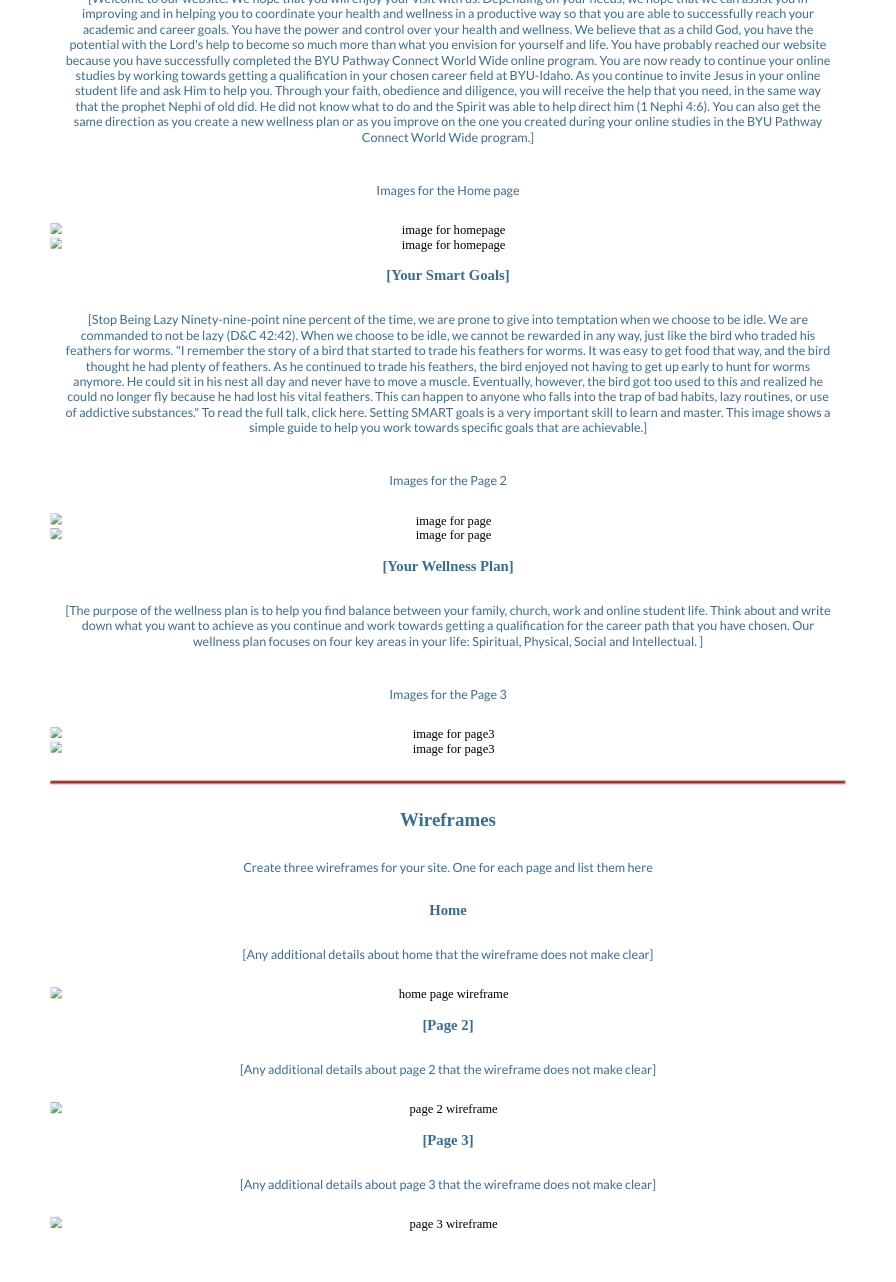
Repository: mszakutumela/wdd130
Page: wellness_plan/site-plan.html
These files come from the project's save history. The page is drawn as it stood at one moment and after the next save; the edit follows.
The browser window is 1280 px wide. The pictures show the part of the page from y = 2825 to 4745 px (the page is 4657 px tall before and 4745 px after), at 70% of full size.
Some web fonts or font styles are not loaded; a fallback is used.

Above is the page before, as saved 2023-07-14 22:40:20.

### wellness_plan/site-plan.html

<!DOCTYPE html>
<html lang="en-us">

  <head>
    <meta charset="utf-8">
    <title>Site Plan</title>
    <link type="text/css" rel="stylesheet" href="styles/site-plan.css">
  </head>

  <body>
    <header>
      <h1>[Wellness Plan] Site Plan</h1>
      <h2>Ayanda Ndlovu</h2>
      <h2>WDD 130-[W07-W08]</h2>
      <!-- In the header above, add the name or your site, your name and class number. For example if you are in section 3 you would put WDD 130.03 -->
    </header>
    <main>

      <!-- ------------------------Steps 2-3------------------------------ -->
      <hr>
      <h2>Overview</h2>
      <h3>Purpose</h3>
      <p>[The purpose of this website is to educate BYU Pathway World Wide online students around the world about a "Wellness Plan". For them <br>
        to know what it is and how it can help them. We know that furthering one's studies is not easy and it can <br>
        be very challenging. We are here help you create your own Wellness Plan for your academic and career success.]</p>  <!-- change this -->


      <h3>Audience</h3>
      <p>[BYU Pathway World Wide online students around the world who are studying to get a qualification for their chosen career path.]</p>  <!-- change this -->

      <hr>
      <h2>Branding</h2>
      <h3>Website Logo</h3>
      <!-- Replace this with some sort of logo for your site.  A logo can be as simple as the name of your site in a nice font :) -->
      <img src="images/logo 1.png" alt="Logo image">
      <hr>
      <h2>
        Style Guide
      </h2>

      <!-- ------------------------Steps 4-8------------------------------ -->

      <h3>
        Color Palette
      </h3>
      <!--  The colors you choose for a website are one of the most important decisions you will make. Follow the instructions on the activity in iLearn then return and replace the color codes below with the hex color codes (the 6 digit numbers that show at the bottom of each color) for the colors you have chosen below.  You should have at least 2 colors but do not have to fill in all 4 if you do not need them.  -->

      <!-- Copy and paste the URL to your finished palette below Make sure to paste it into both spots -->
      Palette URL: <a href="https://coolors.co/396e94-e7c24f-a43312-381d2a-aabd8c" target="_blank">https://coolors.co/396e94-e7c24f-a43312-381d2a-aabd8c</a>


      <table class="colors">
        <tr><th>Primary</th><th>Secondary</th><th>Accent 1</th><th>Accent 2</th></tr>
        <!-- Replace the numbers in the boxes below with your hex color codes. Then switch to the site-plan.css file and change your colors there as well. -->
        <tr><td class="primary">[#327570]</td><td class="secondary">[#b4f7f1]</td><td class="accent1">[#69f5ea]</td><td class="accent2">[#53c2b0]</td></tr>
      </table>

      <!-- ------------------------Step 9------------------------------ -->

      <h3>
        Typography
      </h3>
      <!-- Choose a font for your paragraphs (body copy) and headlines. What font(s) have you chosen? Why did you choose what you did?  Make sure to review the list of web safe fonts at W3Schools.org as a starting point.  Think also about which of your colors above you might use for background and font colors. -->

      <h4>
        Heading Font: [Arial]  <!-- change this -->
      </h4>
      <h4>
        Paragraph Font: [Tahoma]  <!-- change this -->
      </h4>
      <h3>
        Normal paragraph example
      </h3>
      <p>
        Lorem ipsum dolor sit amet, consectetur adipiscing elit, sed do eiusmod tempor incididunt ut labore et dolore magna aliqua. Ut enim ad minim veniam, quis nostrud exercitation ullamco laboris nisi ut aliquip ex ea commodo consequat. Duis aute irure dolor in reprehenderit in voluptate velit esse cillum dolore eu fugiat nulla pariatur. Excepteur sint occaecat cupidatat non proident, sunt in culpa qui officia deserunt mollit anim id est laborum.
      </p>
      <h3>
        Colored paragraph example
      </h3>
      <p class="colored">
        Lorem ipsum dolor sit amet, consectetur adipiscing elit, sed do eiusmod tempor incididunt ut labore et dolore magna aliqua. Ut enim ad minim veniam, quis nostrud exercitation ullamco laboris nisi ut aliquip ex ea commodo consequat.
      </p>

      <!-- ------------------------Step 10------------------------------ -->

      <h3>
        Navigation
      </h3>
      <!-- Think about how you want your navigation bar to look. In the site-plan.css file change the colors to your colors to get the look you desire. -->
      <nav>
        <a href="#">Home</a>
        <a href="#">Your Smart Goals </a>
        <a href="#">Your Wellness Plan</a>
      </nav>
      <hr>
      <h2>
        Site Map
      </h2>
      <div class="sitemap">
        <div class="sm-home">
          Home
        </div>
        <div class="sm-page2">
          [Your Smart Goals] <!-- change this -->
        </div>
        <div class="sm-page3">
          [Your Wellness Plan]  <!-- change this -->
        </div>

        <div class="top">
          &nbsp;
        </div>
        <div class="left">
          &nbsp;
        </div>
        <div class="right">
          &nbsp;
        </div>

      </div>

      <!-- --------Content Section -------------- -->
      <hr>
      <h2>
        Content
      </h2>
      <h3>Home page</h3>
      <p>
        [Welcome to our website. We hope that you will enjoy your visit with us.
        Depending on your needs, we hope that we can assist you in improving and
        in helping you to coordinate your health and wellness in a productive way
        so that you are able to successfully reach your academic and career goals.
        You have the power and control over your health and wellness. We believe
        that as a child God, you have the potential with the Lord's help to become
        so much more than what you envision for yourself and life.
        You have probably reached our website because you have successfully completed
        the BYU Pathway Connect World Wide online program. You are now ready to continue
        your online studies by working towards getting a qualification in your chosen career
        field at BYU-Idaho.
        As you continue to invite Jesus in your online student life and ask Him to help you.
        Through your faith, obedience and diligence, you will receive the help that you need,
        in the same way that the prophet Nephi of old did. He did not know what to do and the
        Spirit was able to help direct him (1 Nephi 4:6). You can also get the same direction
        as you create a new wellness plan or as you improve on the one you created during your
        online studies in the BYU Pathway Connect World Wide program.]
      </p>
      <p>Images for the Home page</p>
        <img src="#" alt="image for homepage">
        <img src="#" alt="image for homepage">

      </ul>
      <h3>[Your Smart Goals]</h3>
      <p>
        [Stop Being Lazy
        Ninety-nine-point nine percent of the time, we are prone to give into temptation when we choose
        to be idle. We are commanded to not be lazy (D&C 42:42). When we choose to be idle, we cannot be
        rewarded in any way, just like the bird who traded his feathers for worms.
        "I remember the story of a bird that started to trade his feathers for worms. It was easy to get
        food that way, and the bird thought he had plenty of feathers. As he continued to trade his feathers,
        the bird enjoyed not having to get up early to hunt for worms anymore. He could sit in his nest all day
        and never have to move a muscle. Eventually, however, the bird got too used to this and realized he could
        no longer fly because he had lost his vital feathers. This can happen to anyone who falls into the trap of
        bad habits, lazy routines, or use of addictive substances."
        To read the full talk, click here.
        Setting SMART goals is a very important skill to learn and master. This image shows a simple guide to help
        you work towards specific goals that are achievable.]
      </p>
      <p>Images for the Page 2</p>
        <img src="#" alt="image for page">
        <img src="#" alt="image for page">

      </ul>
      <h3>[Your Wellness Plan]</h3>
      <p>
        [The purpose of the wellness plan is to help you find balance between your family, church, work and
        online student life. Think about and write down what you want to achieve as you continue and work towards
        getting a qualification for the career path that you have chosen. Our wellness plan focuses on four key
        areas in your life: Spiritual, Physical, Social and Intellectual.
        ]
      </p>
      <p>Images for the Page 3</p>
        <img src="#" alt="image for page3">
        <img src="#" alt="image for page3">

      </ul>
      <hr>
      <h2>
        Wireframes
      </h2>
      <p>
        Create three wireframes for your site. One for each page and list them here</p>

      <h3>Home</h3>
      <p>
        [Any additional details about home that the wireframe does not make clear]
      </p>
      <img src="#" alt="home page wireframe">

      <h3>[Page 2]</h3>
      <p>
        [Any additional details about page 2 that the wireframe does not make clear]
      </p>
      <img src="#" alt="page 2 wireframe">

      <h3>[Page 3]</h3>
      <p>
        [Any additional details about page 3 that the wireframe does not make clear]
      </p>
      <img src="#" alt="page 3 wireframe">
    </main>
  </body>

</html>

### wellness_plan/styles/site-plan.css
/* if you are using any Google fonts change the font names below to your fonts.
Any spaces in your font name should be replaced with a +.
Fonts are separated by a | */
@import url('https://fonts.googleapis.com/css?family=IM+Fell+French+Canon+SC|Lato');

:root {
  /* change the values below to your colors from your palette */
  --primary-color: #396E94   ;
  --secondary-color: #E7C24F ;
  --accent1-color: #A42212;
  --accent2-color: white;

  /* change the values below to your chosen font(s) */
  --heading-font: "IM Fell French Canon SC";
  --paragraph-font: Lato, Helvetica, sans-serif;

  /* these colors below should be chosen from among your palette colors above */
  --headline-color-on-white: #396E94;  /* headlines on a white background */
  --headline-color-on-color: white; /* headlines on a colored background */
  --paragraph-color-on-white: #396E94; /* paragraph text on a white background */
  --paragraph-color-on-color: white; /* paragraph text on a colored background */
  --paragraph-background-color: #396E94  ;
  --nav-link-color: #396E94;
  --nav-background-color: #D4AC0D;
  --nav-hover-link-color: white;
  --nav-hover-background-color: #396E94;
}


/*  Look around below...but DON'T CHANGE ANYTHING! */

body {
  max-width: 1200px;
  margin: 0 auto;
  padding: 4em;
  font-size: 18px;
  text-align: center;
}
img {
  display: block;
  margin: 0 auto;
}
h1, h2, h3, h4, h5, h6 {
  font-family: var(--heading-font);
  color: var(--headline-color-on-white);
}
h2 {
  text-align: center;
}
hr {
  height: 3px;
  margin: 35px 0;
  background: var(--accent1-color);
}
header {
  padding: 1em;
  text-align: center;
  color: var(--headline-color-on-color);
  background-color: var(--paragraph-background-color);
}
header > h1, header > h2 {
  color: var(--headline-color-on-color);
}

p {
  font-family: var(--paragraph-font);
  color: var(--paragraph-color-on-white);
  padding: 1em;
}
.colors {
  width: 100%;
  min-width: 350px;
  margin: 30px auto;
  text-align: center;
}
.colors th {
  background-color: #999;
}
.colors td{
  width: 25%;
  height: 3em;
}

.primary {
  background-color: #327570;
}
.secondary {
  background-color: #b4f7f1;
}
.accent1 {
  background-color: #69f5ea;
}
.accent2{
  background-color: var(#53c2b9);
}

p.colored {
  background-color: var(--paragraph-background-color);
  color: var(--paragraph-color-on-color);
}

nav {
  background-color: var(--nav-background-color);
  line-height: 3em;
  text-align: center;
  font-size: 1.2em;
}
nav  {
  list-style-type: none;
  display: flex;

}
nav a {
  padding:1em;
  min-width: 120px;
  text-decoration: none;
  padding: 10px;

}
nav a:link, nav a:visited {
  color: var(--nav-link-color);
}
nav a:hover {
  color: var(--nav-hover-link-color);
  background-color: var(--nav-hover-background-color);
}

.sitemap {
  display: grid;
  justify-content: center;

  grid-template-columns: repeat(6, 15%);
  grid-template-rows: 3em 1.5em 1.5em 3em;
  grid-template-areas: ". . home home . ."
    ". . . top . ."
    ". left left right right ."
    "page2 page2 . . page3 page3";
}
.sitemap > div {

  text-align: center;

}
.sm-home {
  grid-area: home;
  background-color: #ccc;
  line-height: 3em;
}
.sm-page2 {
  grid-area: page2;
  background-color: #ccc;
  line-height: 3em;
}
.sm-page3 {
  grid-area: page3;
  background-color: #ccc;
  line-height: 3em;
}

.top {
  grid-area: top;
  border-left: 1px solid;
}

.left {
  grid-area: left;
  border-top: 1px solid;
  border-left: 1px solid;
}

.right {
  grid-area: right;
  border-top: 1px solid;
  border-right: 1px solid;
}

After the next save:
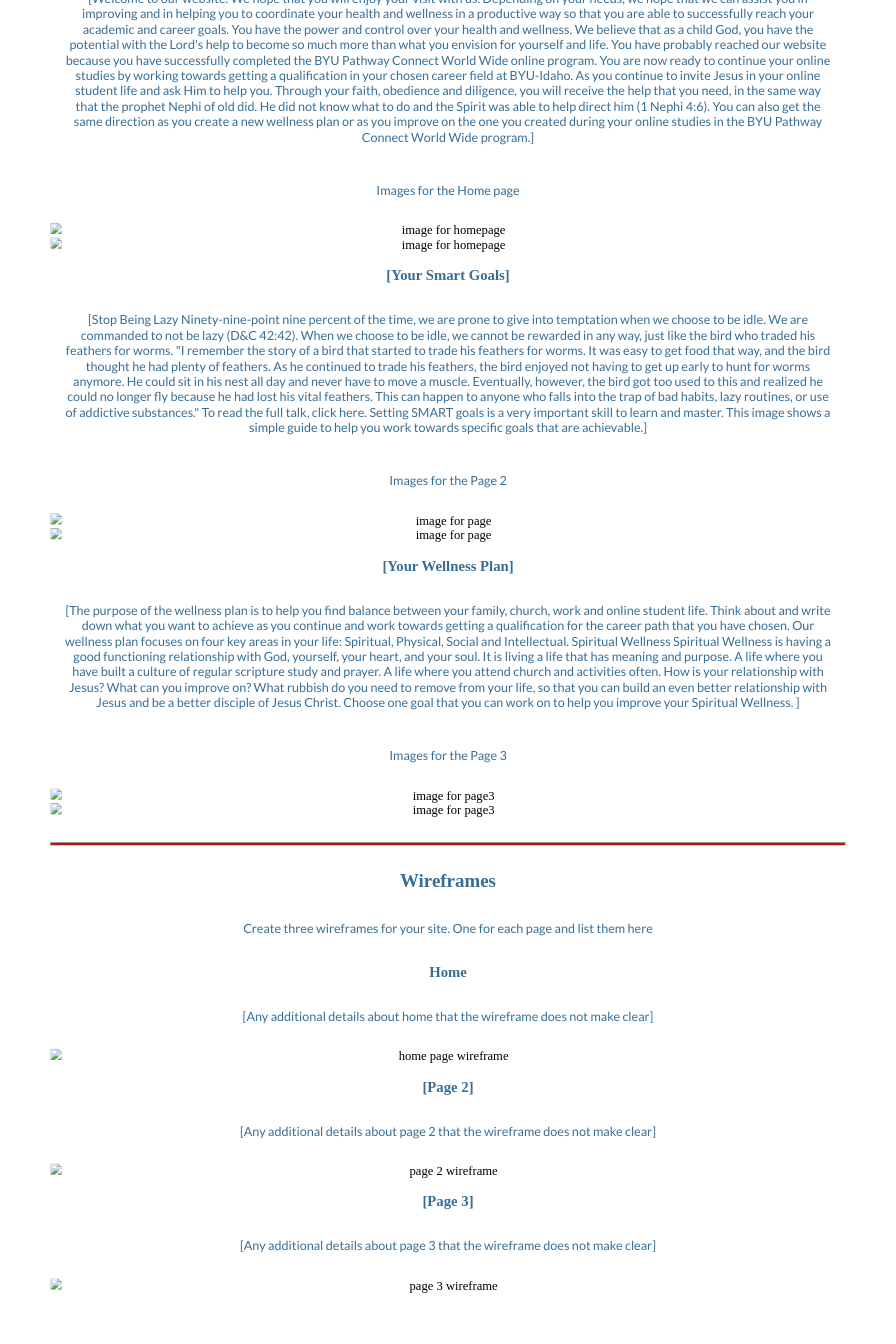
Saved 14 s later.
--- a/wellness_plan/site-plan.html
+++ b/wellness_plan/site-plan.html
@@ -177,7 +177,9 @@
         online student life. Think about and write down what you want to achieve as you continue and work towards
         getting a qualification for the career path that you have chosen. Our wellness plan focuses on four key
         areas in your life: Spiritual, Physical, Social and Intellectual.
-        ]
+        Spiritual Wellness
+Spiritual Wellness is having a good functioning relationship with God, yourself, your heart, and your soul. It is living a life that has meaning and purpose. A life where you have built a culture of regular scripture study and prayer. A life where you attend church and activities often. How is your relationship with Jesus? What can you improve on? What rubbish do you need to remove from your life, so that you can build an even better relationship with Jesus and be a better disciple of Jesus Christ. Choose one goal that you can work on to help you improve your Spiritual Wellness.
+]
       </p>
       <p>Images for the Page 3</p>
         <img src="#" alt="image for page3">
